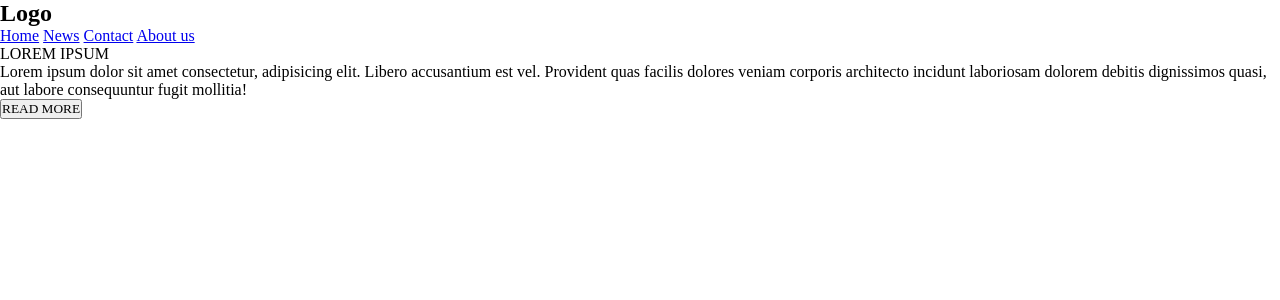
Repository: nganha241/1806
Page: index.html
The author's editor kept a copy of each file at every save. The page is drawn from the files as they stood at one save, then again after the next save.
The browser window is 1280 px wide. The pictures show the whole page.

Above is the page before, as saved 2022-06-18 15:29:03.

After the next save:
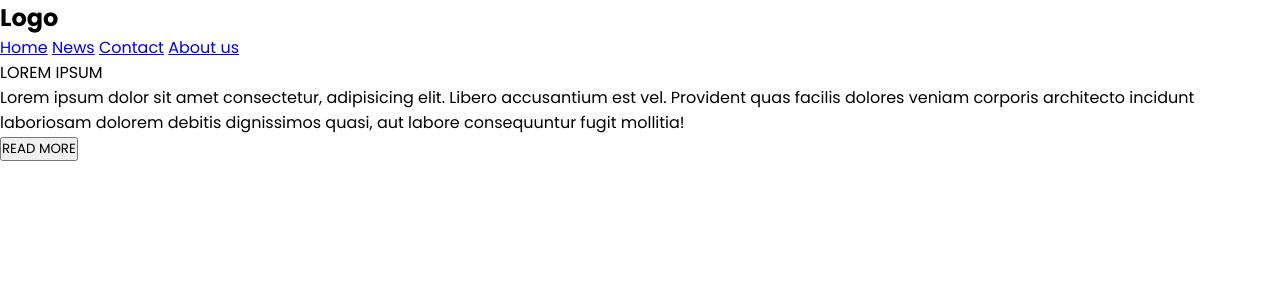
Saved 24 s later.
--- a/style.css
+++ b/style.css
@@ -4,5 +4,5 @@
     box-sizing: border-box;
     padding: 0;
     margin: 0;
-    font-family: 'poppin';
+    font-family: 'Poppins', 'san';
 }
